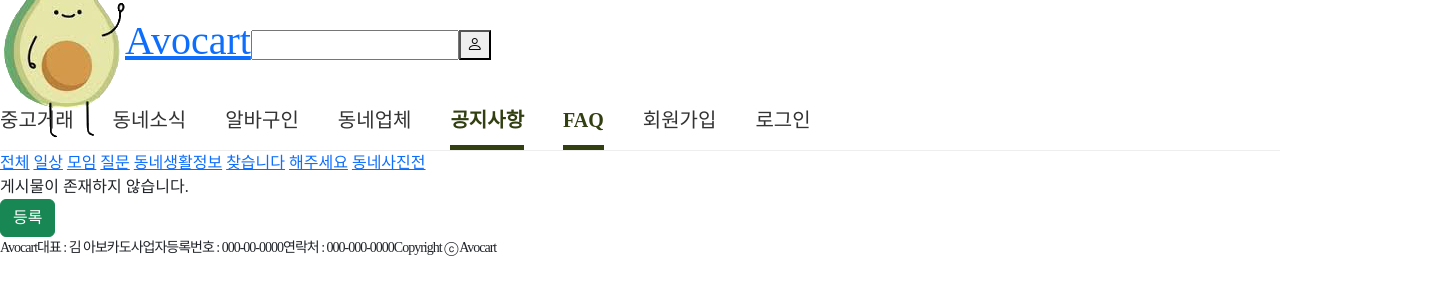
Repository: kimms0311/finalProject
Page: http://localhost/finalProject/WEB-INF/views/community/list.jsp
These files come from the project's save history. The page is drawn as it stood at one moment and after the next save; the edit follows.
The browser window is 1280 px wide. The page is 1440 px wide, so the pictures cover 1440 px, including what lies to the right of the window. The pictures show the whole page.
Some web fonts or font styles are not loaded; a fallback is used. The page is served by Tomcat 9. Nobody is signed in. Other server files are loaded and not shown. The template is opened directly, without the code that normally fills it, so the values that code supplies are empty.

Above is the page before, as saved 2023-11-23 11:46:05.
Console error: TypeError: Cannot read properties of null (reading 'addEventListener')

### finalProject/src/main/webapp/WEB-INF/views/community/list.jsp
<%@ page language="java" contentType="text/html; charset=UTF-8"
    pageEncoding="UTF-8"%>
<%@ taglib uri="http://java.sun.com/jsp/jstl/core" prefix="c" %>
<%@ taglib uri="http://java.sun.com/jsp/jstl/functions" prefix="fn" %>
<!DOCTYPE html>
<html>
<head>
<meta charset="UTF-8">
<title>Community List</title>
<style type="text/css">
	.user_profile>*, .item-info>*, .item-info>div>p{
		display: inline;
	}
</style>
</head>
<body>
<jsp:include page="../common/header.jsp" />

<div class="bodyContainer">

<div class="CommunityCategory">
	<a href="/community/list?cmMenu=전체" class="menu">전체</a>
	<a href="/community/list?cmMenu=일상" class="menu">일상</a>
	<a href="/community/list?cmMenu=모임" class="menu">모임</a>
	<a href="/community/list?cmMenu=질문" class="menu">질문</a>
	<a href="/community/list?cmMenu=동네생활정보" class="menu">동네생활정보</a>
	<a href="/community/list?cmMenu=찾습니다" class="menu">찾습니다</a>
	<a href="/community/list?cmMenu=해주세요" class="menu">해주세요</a>
	<a href="/community/list?cmMenu=동네사진전" class="menu">동네사진전</a>
</div>
<c:set value="${flist }" var="flist" />

<c:if test="${list[0] eq null }">
	<div>게시물이 존재하지 않습니다.</div>
</c:if>
<c:forEach items="${list }" var="bvo">
<div class="cmBoard">
	<%-- <p>${bvo.cmMenu }</p> --%>
	<div class="user_profile">
		<i class="bi bi-person-circle"></i>
		<b>${bvo.cmNickName}</b>
		<p>${bvo.cmRegAt }</p>
		<p>구월동</p>
	</div>
	<a class="communityContentLine" href="/community/detail?cmBno=${bvo.cmBno }">
		<p>${bvo.cmTitle }</p>
		<!-- 썸네일 -->
		<c:forEach items="${flist }" var="fvo">
			<c:if test="${fvo.bno eq bvo.cmBno }">
				<img alt="그림없음" src="/upload/community/${fn:replace(fvo.saveDir,'\\','/')}/${fvo.uuid}_th_${fvo.fileName}">
			</c:if>
		</c:forEach>
	</a>
	<div class="item-info">
		<div>
			<i class="bi bi-eye"></i>
			<span>${bvo.cmReadCnt }</span>
			<i class="bi bi-heart"></i>
			<span>${bvo.cmLikeCnt } </span>
		</div>
		<div>
			<i class="bi bi-chat-right-dots"></i>
			<span class="readCount">${bvo.cmCmtCnt }</span>
		</div>
	</div>
</div>
</c:forEach>

<a href="/community/register">
	<button type="button" class="btn btn-success">등록</button>
</a>
</div>

<jsp:include page="../common/footer.jsp" />
</body>
</html>

### finalProject/src/main/webapp/WEB-INF/views/common/header.jsp
<%@ page language="java" contentType="text/html; charset=UTF-8"
    pageEncoding="UTF-8"%>
<%@ taglib uri="http://java.sun.com/jsp/jstl/core" prefix="c"%>
<%@ taglib uri="http://www.springframework.org/security/tags" prefix="sec" %>
<!DOCTYPE html>
<html>
<head>
<meta charset="UTF-8">
<title>Insert title here</title>
<link rel="stylesheet" href="../resources/css/page.css">
<link href="https://cdn.jsdelivr.net/npm/bootstrap@5.3.1/dist/css/bootstrap.min.css" rel="stylesheet" integrity="sha384-4bw+/aepP/YC94hEpVNVgiZdgIC5+VKNBQNGCHeKRQN+PtmoHDEXuppvnDJzQIu9" crossorigin="anonymous">
<script src="https://cdn.jsdelivr.net/npm/bootstrap@5.3.1/dist/js/bootstrap.bundle.min.js" integrity="sha384-HwwvtgBNo3bZJJLYd8oVXjrBZt8cqVSpeBNS5n7C8IVInixGAoxmnlMuBnhbgrkm" crossorigin="anonymous"></script>
<link rel="stylesheet" href="https://cdn.jsdelivr.net/npm/bootstrap-icons@1.10.5/font/bootstrap-icons.css">
</head>
<body>
<div class="headerContainer">
	<header>
		<img alt="logo" src="../resources/image/logoimage.png">
		<h1><a href="/">Avocart</a></h1>
		<input type="text">
		<button id="my"><i class="bi bi-person"></i></button>
		<div style="display:none" id="myMenu" class="off">
			<ul>
				<li><a href="#">마이페이지</a></li>
				<li><a href="#">로그아웃</a></li>
			</ul>
		</div>
	</header>
	<nav>
		<ul>
			<li><a href="/joongo/list">중고거래</a></li>
			<li><a href="/community/list">동네소식</a></li>
			<li><a href="/job/list">알바구인</a></li>
			<li><a href="/store/list">동네업체</a></li>
			<li><a href="#">공지사항</a></li>
			<li><a href="#">FAQ</a></li>
			<li><a href="/member/register">회원가입</a></li>
			<li><a href="/member/login">로그인</a></li>
		</ul>
	</nav>
</div>

<script type="text/javascript" src="/resources/js/header.js"></script>
</body>
</html>

### finalProject/src/main/webapp/WEB-INF/views/common/footer.jsp
<%@ page language="java" contentType="text/html; charset=UTF-8"
    pageEncoding="UTF-8"%>
<!DOCTYPE html>
<html>
<head>
<meta charset="UTF-8">
<title>Insert title here</title>
</head>
<body>
<footer>
	<div class="footerContainer">
		<p>Avocart</p>
		<p>대표 : 김 아보카도</p>
		<p>사업자등록번호 : 000-00-0000</p>
		<p>연락처 : 000-000-0000</p>
		<p>Copyright ⓒ Avocart</p>
	</div>
</footer>
</body>
</html>

### finalProject/src/main/webapp/resources/css/page.css
@import url("reset.css");
@import url("global.css");

### finalProject/src/main/webapp/resources/js/header.js
// 현재 경로 가져오기
let path = window.location.pathname;
console.log("path : "+path);
let activePath = path.substring(path.indexOf('/')+1,path.lastIndexOf('/'));
console.log("activePath : "+activePath);

// nav의 li 요소 가져오기
let liList = document.querySelectorAll('nav ul li');

for(let li of liList){
    // 이전 active 클래스 삭제
    li.classList.remove('active');

    // 현재 링크에 특정 path가 포함되면 active 클래스 적용
    switch (activePath){
        case '':
            break;
        case '/':
            break;
        case 'member':
            activePath = path.substring(path.lastIndexOf('/'));
        default:
            if(li.firstChild.href.includes(activePath))
                li.classList.add('active');
            break;
    }
}

//프로필 버튼 클릭시 메뉴 나타나게(토글)
document.getElementById('my').addEventListener('click',()=>{
    let myMenu = document.getElementById('myMenu');
    if(myMenu != null){
        document.getElementById('myMenu').classList.toggle('off');
    }else{
        alert('로그인이 필요한 서비스입니다');
    }
})

// 검색
// 검색어를 입력할 때
document.getElementById('searchInput').addEventListener('input',(e)=>{
    // 검색어가 openMenu 창의 input에도 들어가도록 설정
    let keyword = document.getElementById('searchInput').value;
    document.getElementById('keyword').value = keyword;
})

// 검색 버튼을 눌렀을 때
document.querySelector('.openMenu').addEventListener('click',()=>{
    document.querySelector('.searchMenu').classList.toggle('off');
})

// 검색 조건 가져오기
function getSearchCondition(){
    // 선택된 목록 가져오기
    const query = "input[name='srcCondit']:checked";
    const sltSearch = document.querySelectorAll(query);

    // 선택된 목록에서 value 찾기
    let result = '';
    sltSearch.forEach((e)=>{
        result += e.value + ',';
    });
    result = result.slice(0,-1);

    // 확인
    console.log(result);
    return result;
}


// document.getElementById('checkCondit').addEventListener('click',()=>{
//     getSearchCondition();
// })


//로그아웃
document.getElementById('logoutLink').addEventListener('click', (e)=>{
   e.preventDefault(); //기존에 있던 이벤트를 없애는 형태
   document.getElementById('logoutForm').submit();
})

### finalProject/src/main/webapp/resources/css/global.css
@import url('https://fonts.googleapis.com/css2?family=Fugaz+One&display=swap');
@font-face {
   font-family: 'suit';
   src: url('https://cdn.jsdelivr.net/gh/projectnoonnu/noonfonts_suit@1.0/SUIT-Regular.woff2') format('woff2');
   font-weight: normal;
   font-style: normal;
}
input:focus {outline: none;}
::selection {
   background: #93b336;
   color: #fff;
}
.headerContainer{
   font-family: 'suit';
   border-bottom: 1px solid #eee;
}
.bodyContainer{
   font-family: 'suit';
   margin: 0 auto;
   width: 1440px;
}
#loading{
   width: 100%;
   height: calc(100vh - 180px);
   display: block;
   background-image: url("../image/Spinner-5.gif");
   background-repeat: no-repeat;
   background-position: center;
   background-size: auto;
}

/* header start */
header{
   width: 1440px;
   height: 90px;
   margin: 0 auto;
   display: flex;
   align-items: center;
}
/* logoSec start */
.logoSec{
   width: 20%;
   display: flex;
   align-items: center;
   padding-top: 10px;
}
.logoSec img{
   width: 30px;
}
.logoSec h1{
   margin: 0;
   padding-left: 12px;
}
.logoSec h1 a{
   font-family: 'Fugaz One', sans-serif;
   line-height: 45px;
   text-decoration: none;
   font-size: 36px;
   color: #323f11;
   letter-spacing: -1px;
}
/* logoSec end */
/* searchSec start */
.searchSec{
   width: 80%;
   text-align: right;
   position: relative;
   display: flex;
   align-items: center;
   justify-content: flex-end;
}
.searchSec form{
   width: 50%;
   position: relative;
}
.searchSec input[type='search']{
   height: 50px;
   width: 100%;
   border: 1px solid #93b336;
   border-radius: 5px;
   padding: 0 20px 0 15px;
}
.searchSec button{
   position: absolute;
   right: 0px;
   z-index: 10;
   width: 50px;
   height: 50px;
   border: 0;
   border-radius: 20px;
   background-color: transparent;
   font-size: 18px;
}
.searchSec .bi-person{
   font-size: 25px;
   margin-left: 30px;
   cursor: pointer;
}
.searchSec .searchMenu{
   display: block;
   position: absolute;
   z-index: 10;
   width: 100%;
   text-align: left;
   background-color: #fff;
   box-shadow: 0 0 5px #cdcdcd;
   border: 1px solid #d3d3d3;
   padding: 20px 15px;
   box-sizing: border-box;
}
.searchSec .searchMenu.off{
   display: none;
}
.searchSec .searchMenu h2{
   font-size: 20px;
   font-weight: 600;
}
.searchSec .searchMenu input{
   margin-bottom: 20px;
   border: 3px solid #93b336;
   height: 60px;
   border-radius: 30px;
}
.searchSec .searchMenu button{
   width: 60px;
   height: 60px;
   right: 20px;
}
.searchSec .searchMenu h3{
   font-size: 18px;
   font-weight: 600;
}
.searchSec .searchMenu ul{
   padding: 0;
   margin: 0;
}
.searchSec .searchMenu ul li{
   display: inline-block;
}
.searchSec .searchMenu ul li label{
   background-color: #ececec;
   border: 1px solid #d3d3d3;
   width: 100px;
   height: 50px;
   border-radius: 25px;
   text-align: center;
   line-height: 50px;
}
.searchSec .searchMenu ul li:hover label{
   background-color: #dbdf80;
   border: 1px solid #dbdf80;
   transition: 0.2s;
}
.searchSec .searchMenu ul li input:checked + label{
   background-color: #93b336;
   border: 1px solid #93b336;
   color: #fff;
}
.searchSec .searchMenu ul li input[type='checkbox']{
   display: none;
}
/* searchSec end */

#myMenu{
   display: block;
   position: absolute;
   top: 45px;
   z-index: 10;
   border: 1px solid #d3d3d3;
   background-color: #fff;
   box-shadow: 0 0 5px #cdcdcd;
}
#myMenu.off{
   display: none;
}
#myMenu ul{
   padding: 5px 10px;
   margin: 0;
   text-align: center;
}
#myMenu ul li a{
   text-decoration: none;
   color: #333;
   font-size: 16px;
   line-height: 30px;
   padding: 0px 5px;
}
#myMenu ul li a:hover{
   font-weight: 600;
   color: #323f11;
}


/* nav start */
nav{
   width: 1440px;
   margin: 0 auto;
}
nav ul{
   padding: 0;
   margin: 0;
}
nav ul li{
   display: inline-block;
}
nav ul li.active a{
   font-weight: 600;
   color: #323f11;
   border-bottom: 5px solid #323f11;
   padding: 15px 0 10px;
}
nav ul li:hover{
   font-weight: 600;
}

nav ul li:not(:last-child){
   margin-right: 35px;
}
nav ul li a{
   text-decoration: none;
   display: block;
   color: #333;
   font-size: 20px;
   padding: 15px 0;
}
/* nav end */
/* header end */

/* mainFloatingMenu start */
ul.mainFloatingMenu{
   position: fixed;
   right: 50px;
   bottom: 50px;
   margin: 0;
   padding: 0;
   display: flex;
   flex-wrap: wrap;
   flex-direction: column;
   align-items: center;
   font-family: 'suit';
   font-size: 14px;
}
ul.mainFloatingMenu li{
   display: inline-block;
}
ul.mainFloatingMenu li:not(:last-child){
   margin-bottom: 10px;
}
ul.mainFloatingMenu li button{
   border: 0;
   background-color: #fff;
   width: 60px;
   height: 60px;
   border: 1px solid #d3d3d3;
   border-radius: 30px;
}
/* mainFloatingMenu end */

/* footer start */
/* infoSec start */
.infoSec{
   font-family: 'suit';
   height: 60px;
   background-color: #93b336;
}
.infoSec > div{
   margin: 0 auto;
   width: 1440px;
   height: inherit;
   display: flex;
   align-items: center;
   color: #e3edc8;
   font-size: 20px;
}
.infoSec > div b{
   position: relative;
   margin-right: 23px;
}
.infoSec > div b::after{
   content: "";
   position: absolute;
   width: 3px;
   height: 10px;
   top: 10px;
   right: -23px;
   background-color: #f0f4e4;
}
.infoSec > div a{
   display: block;
   line-height: 60px;
   padding: 0 20px;
   text-decoration: none;
   color: #e3edc8;
}
/* infoSec end */

.footerContainer{
   font-family: 'suit';
   margin: 0 auto;
   width: 1440px;
   display: flex;
   align-items: flex-start;
}
.footerContainer h3{
   font-family: 'Fugaz One', sans-serif;
   font-size: 24px;
   color: #333;
   margin-bottom: 35px;
}
.footerContainer p{
   font-size: 14px;
   letter-spacing: -1px;
}

/* mainSec start */
.mainSec{
   width: 30%;
   margin-top: 60px;
   margin-right: 20%;
}
.mainSec h2{
   font-family: 'Fugaz One', sans-serif;
   line-height: 36px;
   font-size: 36px;
   color: #323f11;
   margin-bottom: 35px;
}
.mainSec p:not(:last-child){
   margin-bottom: 12px;
}
.mainSec p:nth-child(6){
   margin: 45px 0;
   font-size: 12px;
}
.mainSec p:last-child{
   margin-bottom: 70px;
}
/* mainSec end */


.socialSec{
   margin-top: 72px;
   width: 25%;
}
.socialSec a{
   color: #333;
   font-size: 25px;
}
.socialSec a:hover{
   color: #93b336;
   transition: 0.2s;
}
.socialSec a:not(:last-child){
   margin-right: 30px;
}

.contactSec{
   margin-top: 72px;
   width: 25%;
   font-size: 14px;
}
.contactSec a{
   display: block;
   color: #333;
   text-decoration: none;
   margin-bottom: 22px;
}
.contactSec p{
   margin-bottom: 22px;
}
.contactSec p:last-child{
   font-size: 20px;
   font-weight: 600;
}
.contactSec p>b{
   display: block;
   font-size: 28px;
   color: #93b336;
}

/* footer end */

Loaded but not shown: finalProject/src/main/webapp/resources/css/reset.css (common file)

After the next save:
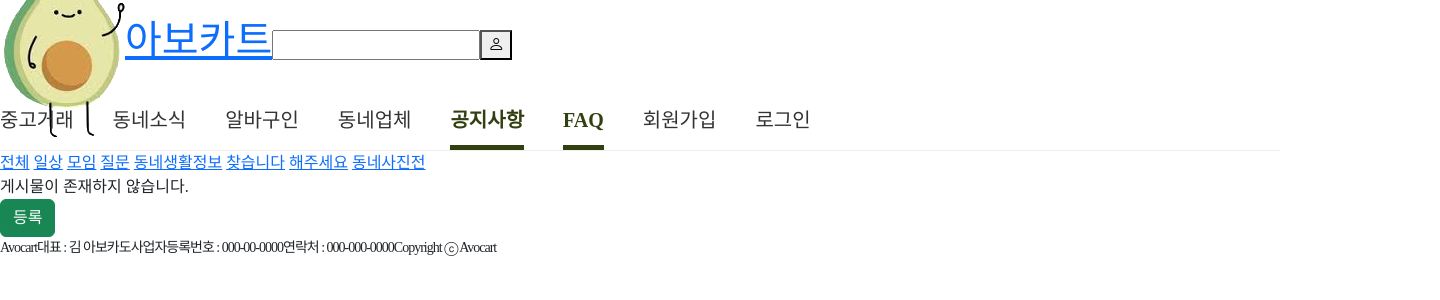
Saved 24 s later.
--- a/finalProject/src/main/webapp/WEB-INF/views/common/header.jsp
+++ b/finalProject/src/main/webapp/WEB-INF/views/common/header.jsp
@@ -16,7 +16,7 @@
 <div class="headerContainer">
 	<header>
 		<img alt="logo" src="../resources/image/logoimage.png">
-		<h1><a href="/">Avocart</a></h1>
+		<h1><a href="/">아보카트</a></h1>
 		<input type="text">
 		<button id="my"><i class="bi bi-person"></i></button>
 		<div style="display:none" id="myMenu" class="off">

After the save that followed:
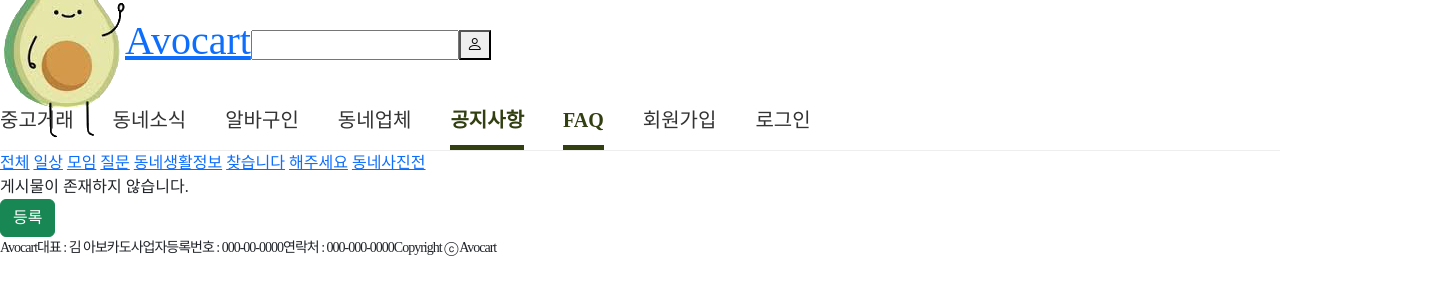
Saved 15 s later.
--- a/finalProject/src/main/webapp/WEB-INF/views/common/header.jsp
+++ b/finalProject/src/main/webapp/WEB-INF/views/common/header.jsp
@@ -16,7 +16,7 @@
 <div class="headerContainer">
 	<header>
 		<img alt="logo" src="../resources/image/logoimage.png">
-		<h1><a href="/">아보카트</a></h1>
+		<h1><a href="/">Avocart</a></h1>
 		<input type="text">
 		<button id="my"><i class="bi bi-person"></i></button>
 		<div style="display:none" id="myMenu" class="off">
